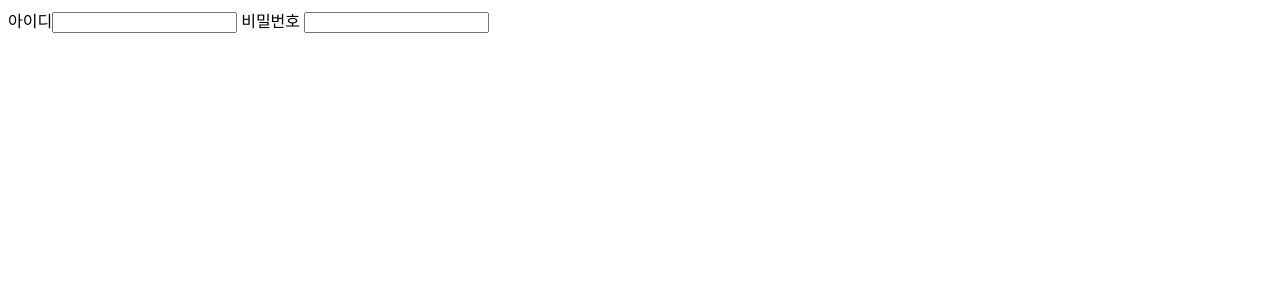
Repository: ih0615/NewJSP
Page: http://localhost/board/views/member/loginForm.jsp
An editor plug-in stored every save of this project. The page is shown before and after the next save, followed by the edit.
The browser window is 1280 px wide. The pictures show the whole page.
The page is served by Tomcat 9. Other server files are loaded and not shown.

Above is the page before, as saved 2020-11-25 05:56:37.

### board/WebContent/views/member/loginForm.jsp
<%@ page language="java" contentType="text/html; charset=UTF-8" pageEncoding="UTF-8"%>
<!DOCTYPE html>
<html>
<head>
<meta charset="UTF-8">
<title>로그인</title>
</head>
<body>
	<form action="loginProc.do" method="post">
		<div>
			아이디<input type="text" id="id" name="id" />
			비밀번호 <input type="password" id="pwd" name="pwd" />
		</div>
	</form>
</body>
</html>

After the next save:
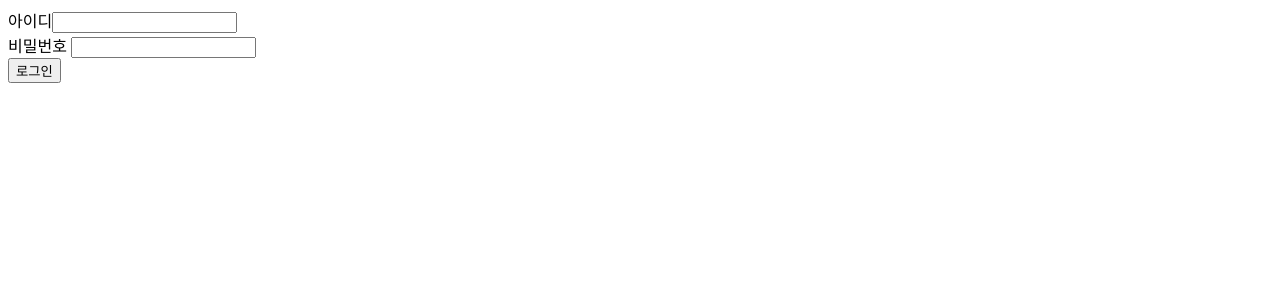
Saved 108 s later.
--- a/board/WebContent/views/member/loginForm.jsp
+++ b/board/WebContent/views/member/loginForm.jsp
@@ -9,8 +9,11 @@
 	<form action="loginProc.do" method="post">
 		<div>
 			아이디<input type="text" id="id" name="id" />
+		</div>
+		<div>
 			비밀번호 <input type="password" id="pwd" name="pwd" />
 		</div>
+		<input type="submit" value="로그인"/>
 	</form>
 </body>
 </html>
